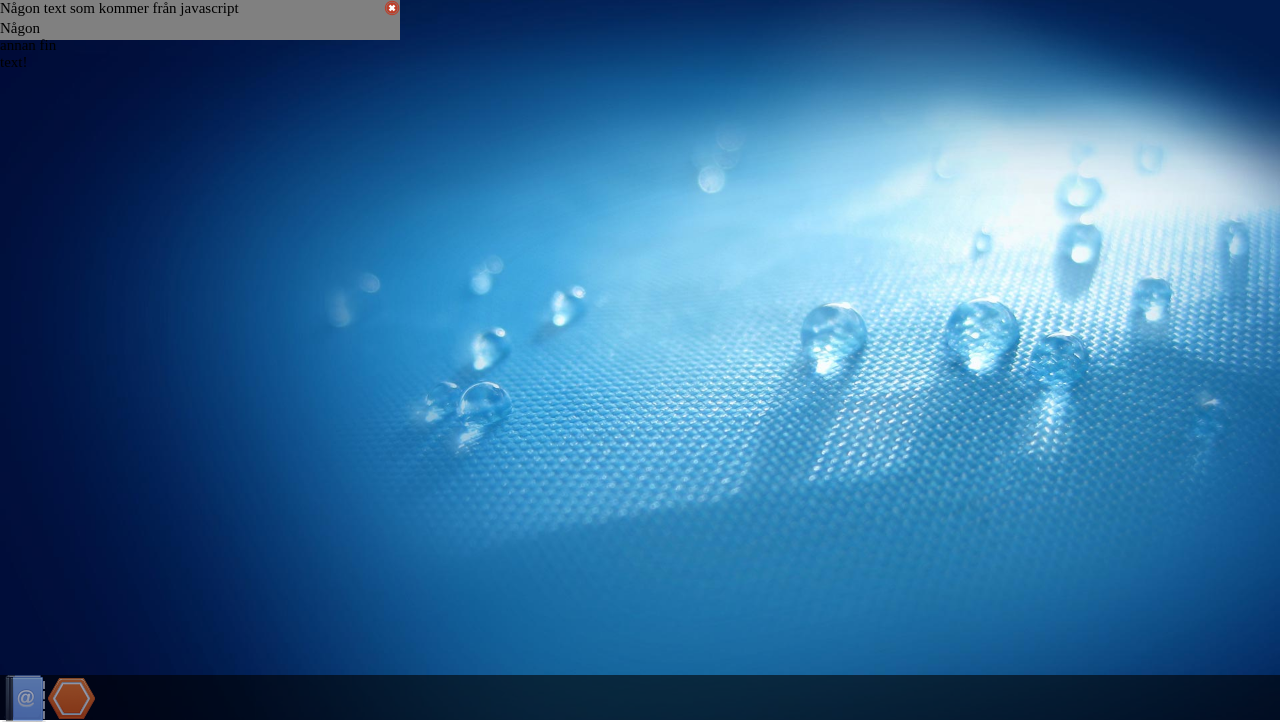
Repository: al223jw/1dv403-laborationer
Page: Project/index.html
The author's editor kept a record of every edit. The page is drawn from the files as they stood at one moment, then again after the next edit.
The browser window is 1280 px wide. The pictures show the whole page.
After loading, the first visible `img` was clicked once.
The page's requests for data from a server got no answer.

Above is the page before.

### Project/index.html
<!DOCTYPE html>
<html>
    <head>
        <meta name="viewport" content="width=device-width, initial-scale=1.0"/>
        <meta charset="utf-8"/>

        <title>Antons Project</title>

        <link rel="stylesheet" href="css.css"/>
        <script src="desktop.js"></script>
        <script src="window.js"></script>
        <script src="start.js"></script>
        <script src="galleri.js"></script>
        <script src="memory.js"></script>


        <script src="script.js"> </script>
    </head>

    <body>
        <div id="desktop">

        <template id="template">
            <div class="window">
                <div class="headline"><img class="img"></img><div class="title">Någon text som kommer från javascript</div><img class="exit" src="pics/exit.png"></img></div>
                <div class="box">

                </div>
                <div class="underline"><div class="title2">Någon annan fin text!</div></div>
        </template>

            <div id="start"></div>
        </div>
    </body>
</html>

### Project/css.css
html, body
{
    width:100%;
    height:100%;
    margin:0;
    padding:0;
}
#desktop
{

    background-image:url("pics/Projektbakgrund.jpg");
    background-size:cover;
    background-position:center;
    width:100%;
    height:100%;
}
.window
{
    position:absolute;
    width:400px;
}
.headline
{
    background-color:gray;
    width:100%;
    height:20px;
    font-size:15px;
}
.headline .title
{
    margin:0;
    padding:0;
    float: left;
}
.exit
{
    float:right;
}
.underline
{
    background-color:gray;
    width:100%;
    height:20px;
    font-size:15px;
}
.underline .title2
{
    margin:0;
    padding:0;
    float: left;
}
.load1
{
    position: absolute;
    width: 16px;
    height: 16px;
    -webkit-animation:spin 4s linear infinite;

    transform:rotate(99999999999999999999999999999999deg);
}

.box
{
    background-color:#996633;
    height: 100%;
    overflow: scroll;
    list-style: none;
    display: flex;
    flex-direction: row;
    flex-wrap: wrap;
    justify-content: space-around;
}
#start
{
    background-color:black;
    opacity:0.6;
    width:100%;
    height:45px;
    position:absolute;
    bottom:0px;
}
.smallimg
{
    background-color:#99FFFF;
    padding:5px;
    margin-top: 10px;
}
.bigimg
{

}
.title2
{
    width:60px;
    margin:0;
}
.smallgalleri
{
    width:16;
    height:16;
}

### Project/desktop.js
"use strict";

function Desktop()
{
    this.element = document.querySelector("#desktop");

}

### Project/window.js
"use strict";

function Window(desktop)
{
    var template = document.querySelector("#template");
    var windowTemplate = template.content.querySelector(".window");
    this.w = windowTemplate.cloneNode(true);

    this.titelelement = this.w.querySelector(".title");

    this.titelelement2 = this.w.querySelector(".title2");

    this.titelelement3 = document.createElement('img');
    this.titelelement3.classList.add("load1");
    this.titelelement3.src = "pics/Loader.gif";

    this.box = this.w.querySelector(".box");

    this.img = this.w.querySelector(".img");

    this.desktop = desktop;


    var close = this.w.querySelector(".exit");

    var self = this;

    close.onclick = function()
    {
        self.close();
    };

    desktop.element.appendChild(this.w);

    this.titelelement3.src = "pics/Loader.gif";

    var XHR = new XMLHttpRequest();

    XHR.onreadystatechange = function()
    {
      if(XHR.readyState == 4 && XHR.status === 200)
      {
          this.titelelement3.src = "pics/imgdone.png";
      }
    };
    XHR.open("GET","http://homepage.lnu.se/staff/tstjo/labbyServer/imgviewer/",true);
    XHR.send(null);

}

Window.prototype.close = function()
{
    this.w.parentNode.removeChild(this.w);
};

Window.prototype.setTitle = function(title)
{

    this.titelelement.innerHTML = title;

};
Window.prototype.Status = function(title2)
{
    this.titelelement2.innerHTML = title2;
};
Window.prototype.Imgtoptitle = function (img)
{
    this.img.src = img;
};

### Project/start.js
"use strict";
function Start(desk)
{
    var start = document.querySelector("#start");

    var img = document.createElement("img");

    var img2 = document.createElement("img");

    img.src = "pics/galleri.png";
    img2.src = "pics/Memory.png";

    start.appendChild(img);

    start.appendChild(img2);

    img.onclick = function()
    {
        var w = new Window(desk, "Galleri", "Kattbajs!");
    };

    img2.onclick = function()
    {
        var w = new Window(desk, "Memory", "Kattbajs!")
    };
}

### Project/galleri.js
"use strict";

function Galleri(w)
{
    w.setTitle("Galleri");
    w.Status("Loading");
    w.Imgtoptitle("pics/galleri.png");

    var box = w.box;

    var XHR = new XMLHttpRequest();

    w.underline.appendChild(w.titelelement3);
    // append loading gif.
    XHR.onreadystatechange = function()
    {
      if(XHR.readyState == 4 && XHR.status === 200)
      {
            w.Status("Done");
            w.titelelement3.parentNode.removeChild(w.titelelement3);
            //removechild gif.
            var array = JSON.parse(XHR.responseText);
            console.log(array);

            for(var i=0; i<array.length; i++)
            {
                var img = document.createElement("img");
                img.classList.add("smallimg");
                var aTag = document.createElement("a");
                aTag.href = "#";
                aTag.url = array[i].URL;

                img.src = array[i].thumbURL;

                aTag.onclick = function()
                {

                    var wind = new Window(w.desktop);
                    var showpic = new Viewpic(wind, this.url);
                };

                aTag.appendChild(img);
                box.appendChild(aTag);
            }

      }
    };
    XHR.open("GET","http://homepage.lnu.se/staff/tstjo/labbyServer/imgviewer/",true);
    XHR.send(null);
}

function Viewpic(w, URL)
{
    var img = document.createElement("img");
    img.classList.add("bigimg");
    img.src = URL;
    w.box.appendChild(img);
    w.setTitle("Image Viewer");
    w.Status("Loading");
    w.Imgtoptitle("pics/galleri.png");
}

### Project/memory.js
"use strict";

function Memory(w)
{
    w.setTitle("Memory");

    w.Status("BOOM!");
}

### Project/script.js
"use strict";
window.onload = function()
{

    var desk = new Desktop();

    var start = new Start(desk);
};

After the next edit:
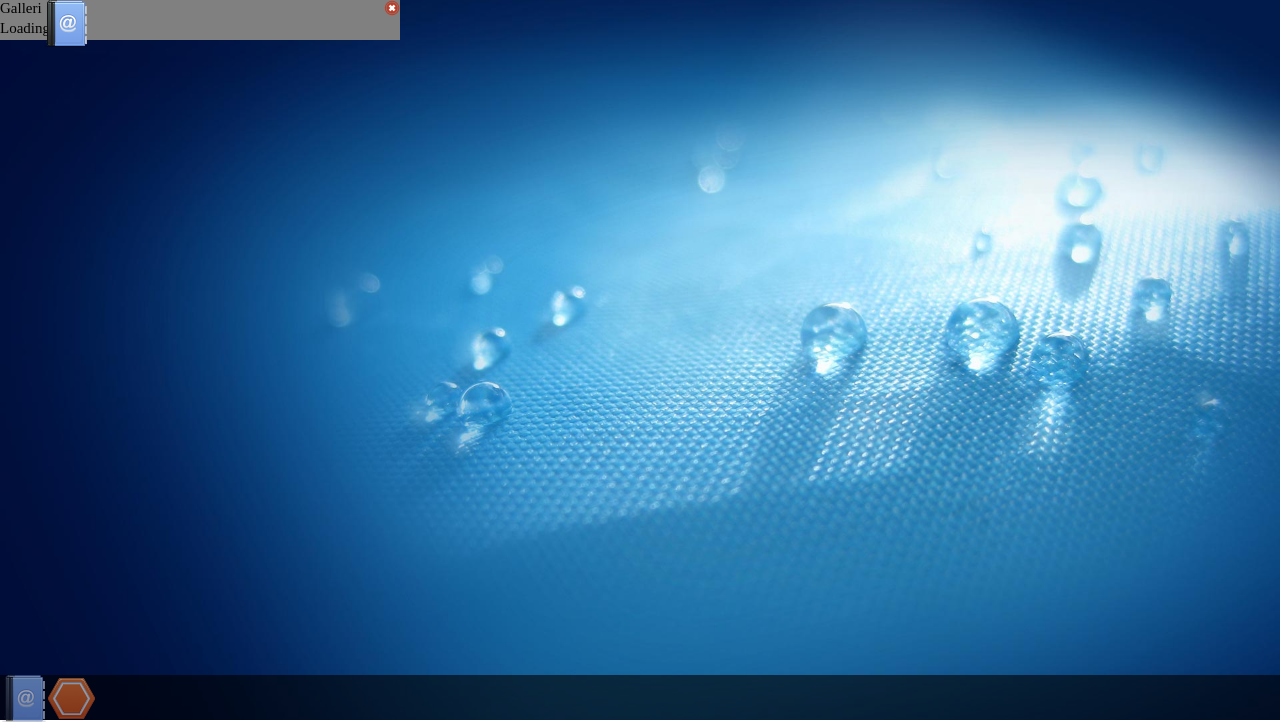
Console error: TypeError: Cannot read properties of undefined (reading 'appendChild')
The edit:
--- a/Project/start.js
+++ b/Project/start.js
@@ -16,7 +16,10 @@
 
     img.onclick = function()
     {
-        var w = new Window(desk, "Galleri", "Kattbajs!");
+        var w = new Window(desk);
+        var galleri = new Galleri(w);
+
+
     };
 
     img2.onclick = function()
